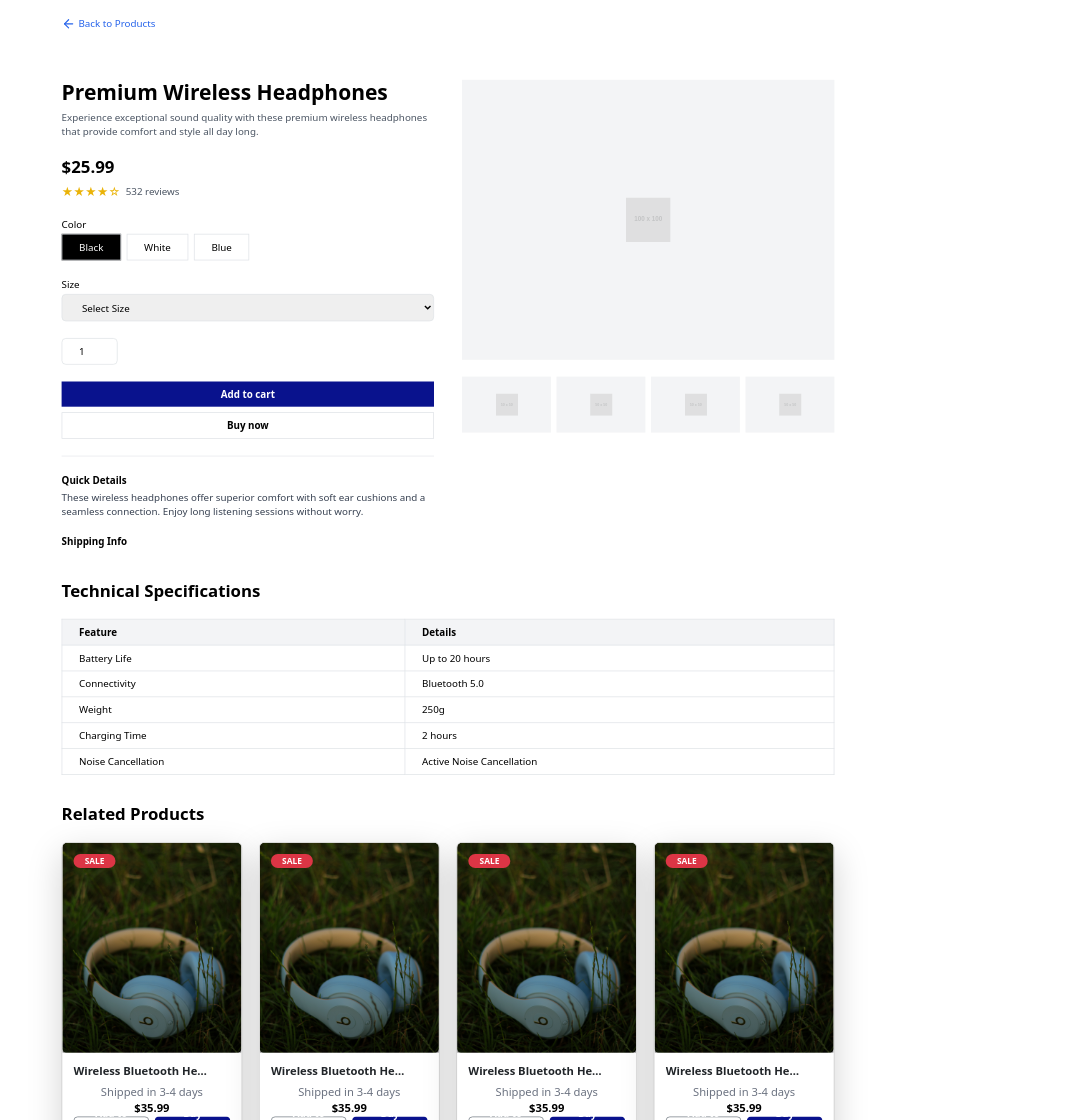
Repository: Davidobi21/macelect
Page: frontend/pages/productpage.html
An editor plug-in stored every save of this project. The page is shown before and after the next save, followed by the edit.
The browser window is 1280 px wide. The page is 1557 px wide, so the pictures cover 1557 px, including what lies to the right of the window. The pictures show the part of the page from y = 0 to 1600 px (the page is 2344 px tall before and 2260 px after), at 70% of full size.
Pictures or frames that could not be fetched are drawn as grey boxes. The page's requests for data from a server got no answer. Some web libraries are served in a nearby version.

Above is the page before, as saved 2025-04-25 07:32:58.

After the next save:
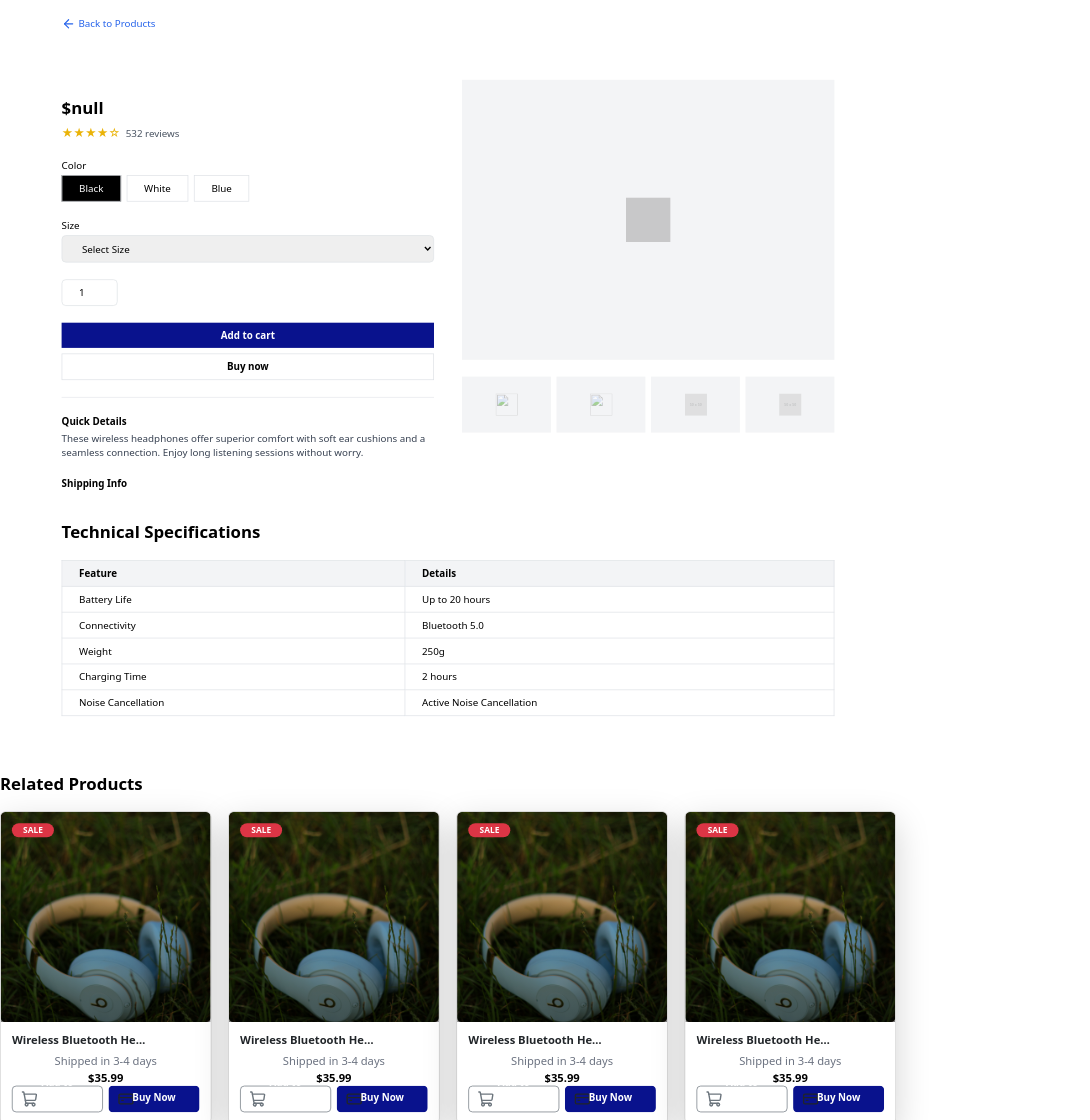
Saved 20 s later.
--- a/frontend/pages/productpage.html
+++ b/frontend/pages/productpage.html
@@ -28,12 +28,10 @@
 
       <!-- Left Section: Product Info -->
       <div>
-        <h1 class="text-3xl font-bold mb-2">Premium Wireless Headphones</h1>
-        <p class="text-sm text-gray-600 mb-4">
-          Experience exceptional sound quality with these premium wireless headphones that provide comfort and style all day long.
-        </p>
-
-        <p class="text-2xl font-semibold mb-2">$25.99</p>
+        <h1 class="text-3xl font-bold mb-2"></h1>
+        <p class="product-category text-sm text-gray-600 mb-4"></p>
+
+        <p class="product-price text-2xl font-semibold mb-2"></p>
         <div class="flex items-center mb-4">
           <div class="text-yellow-500 mr-2">
             ★★★★☆
@@ -87,13 +85,16 @@
       <!-- Right Section: Images -->
       <div>
         <div class="w-full h-[400px] bg-gray-100 flex items-center justify-center mb-4">
-          <img src="https://via.placeholder.com/100" class="w-16 h-16 opacity-50" alt="Main Image">
+          <img src="" class="main-product-image w-16 h-16 opacity-50" alt="Main Image">
         </div>
 
         <!-- Thumbnails -->
         <div class="grid grid-cols-4 gap-2">
           <div class="h-20 bg-gray-100 flex items-center justify-center">
-            <img src="https://via.placeholder.com/50" class="w-8 h-8 opacity-50" alt="">
+            <img src="" class="thumbnail w-8 h-8 opacity-50" alt="">
+          </div>
+          <div class="h-20 bg-gray-100 flex items-center justify-center">
+            <img src="" class="thumbnail w-8 h-8 opacity-50" alt="">
           </div>
           <div class="h-20 bg-gray-100 flex items-center justify-center">
             <img src="https://via.placeholder.com/50" class="w-8 h-8 opacity-50" alt="">
@@ -101,15 +102,12 @@
           <div class="h-20 bg-gray-100 flex items-center justify-center">
             <img src="https://via.placeholder.com/50" class="w-8 h-8 opacity-50" alt="">
           </div>
-          <div class="h-20 bg-gray-100 flex items-center justify-center">
-            <img src="https://via.placeholder.com/50" class="w-8 h-8 opacity-50" alt="">
-          </div>
         </div>
       </div>
     </div>
 
     <!-- Technical Specifications Table -->
-    <div class="mt-10">
+    <div class="mt-10"></div>
       <h2 class="text-2xl font-bold mb-4">Technical Specifications</h2>
       <table class="w-full border border-gray-300 text-sm">
         <thead>
@@ -350,5 +348,29 @@
       </section>
   </footer>
   <script src="https://cdn.jsdelivr.net/npm/bootstrap@5.3.0-alpha1/dist/js/bootstrap.bundle.min.js"></script>
+  <script>
+    document.addEventListener("DOMContentLoaded", () => {
+        // Parse query parameters
+        const urlParams = new URLSearchParams(window.location.search);
+        const name = urlParams.get("name");
+        const category = urlParams.get("category");
+        const price = urlParams.get("price");
+        const mainImage = urlParams.get("mainImage");
+        const hoverImage = urlParams.get("hoverImage");
+
+        // Update the product page with the details
+        document.querySelector("h1").textContent = name;
+        document.querySelector(".product-category").textContent = category;
+        document.querySelector(".product-price").textContent = `$${price}`;
+        document.querySelector(".main-product-image").src = mainImage;
+
+        // Update thumbnails if hoverImage exists
+        if (hoverImage) {
+            const thumbnails = document.querySelectorAll(".thumbnail");
+            thumbnails[0].src = mainImage;
+            thumbnails[1].src = hoverImage;
+        }
+    });
+  </script>
 </body>
 </html>
